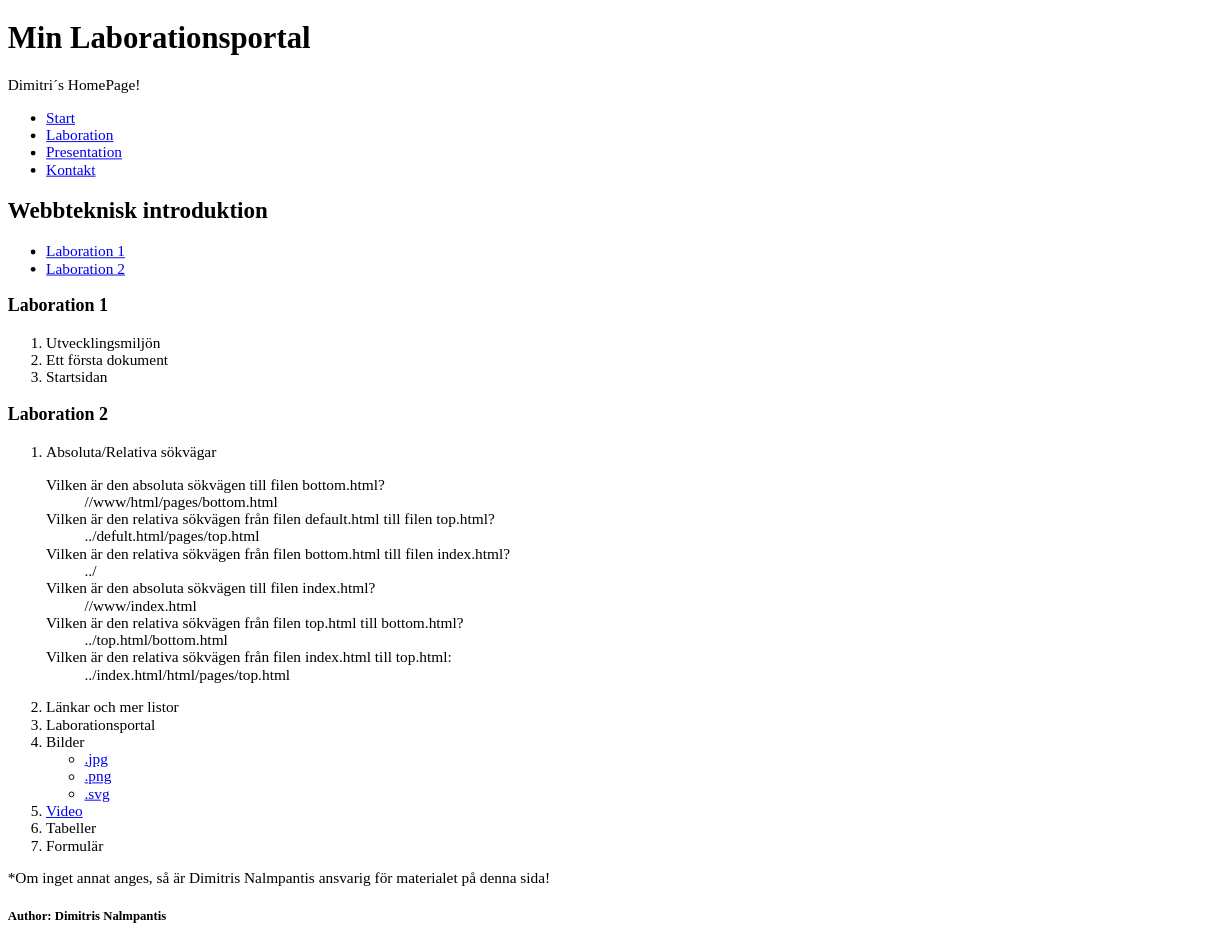
Repository: dn222em/1ik415-laborationer
Page: pages/laborationer.html
The author's editor kept a record of every edit. The page is drawn from the files as they stood at one moment, then again after the next edit.
The browser window is 1280 px wide. The pictures show the whole page, at 96% of full size.

Above is the page before.

After the next edit:
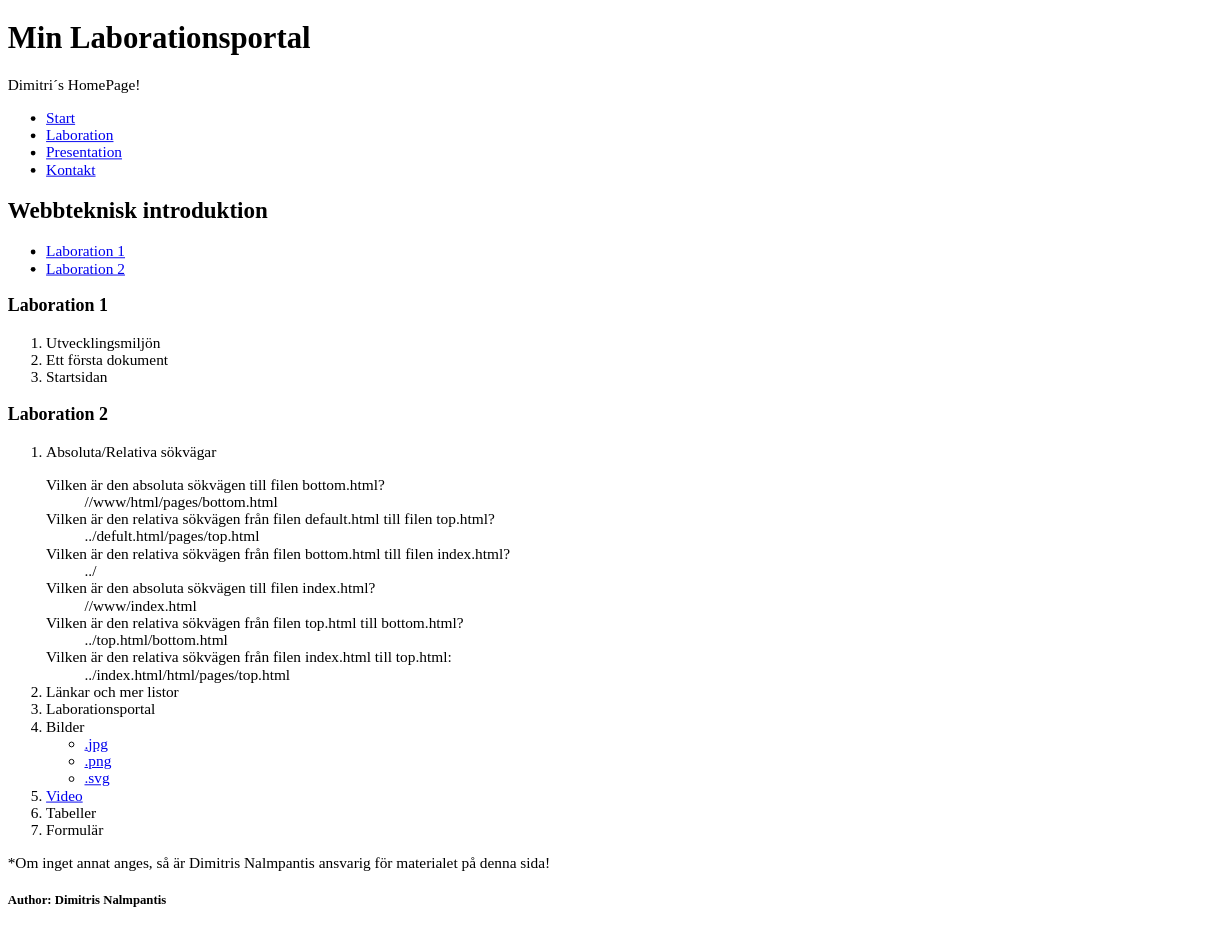
The edit:
--- a/pages/laborationer.html
+++ b/pages/laborationer.html
@@ -48,7 +48,7 @@
 						<dt>Vilken är den relativa sökvägen från filen top.html till bottom.html?</dt>
 							<dd>../top.html/bottom.html</dd>
 						<dt>Vilken är den relativa sökvägen från filen index.html till top.html:</dt>
-							<dd>../index.html/html/pages/top.html</dl>
+							<dd>../index.html/html/pages/top.html</dd>
 					<li>Länkar och mer listor</li>
 					<li>Laborationsportal</li>
 					<li>Bilder</a>
